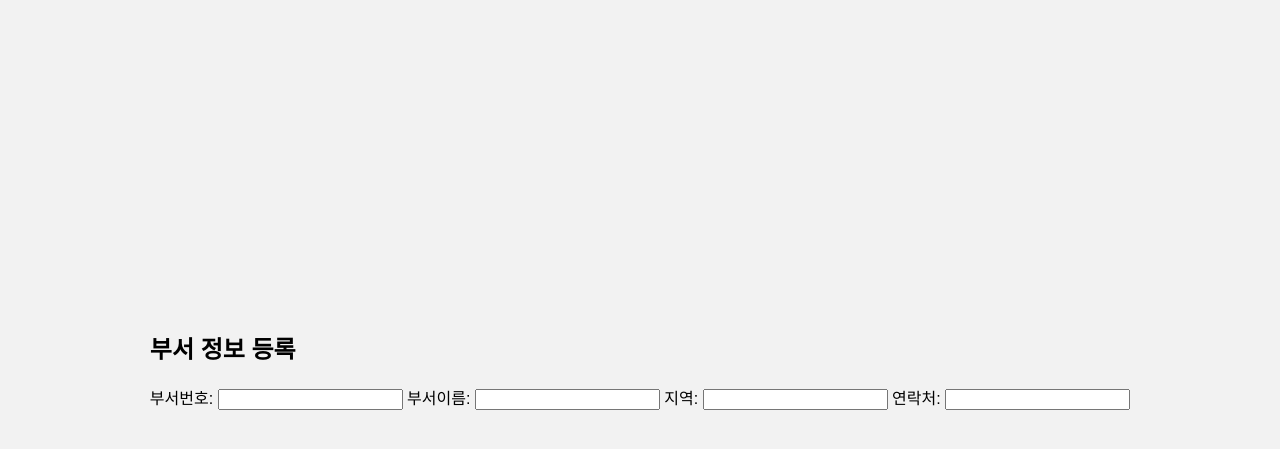
Repository: heyJSH/Study_java_web_sol
Page: http://localhost/jspweb_08/depform.jsp
These files come from the project's save history. The page is drawn as it stood at one moment and after the next save; the edit follows.
The browser window is 1280 px wide. The pictures show the whole page.
The page is served by Tomcat 9. Other server files are loaded and not shown.

Above is the page before, as saved 2024-01-12 04:24:54.

### workspace_stsb/jspweb_08/src/main/webapp/depform.jsp
<!-- 서버에서 부서 정보를 입력/전송하는 JSP -->
<%@ page language="java" contentType="text/html; charset=UTF-8"
    pageEncoding="UTF-8"%>
<!DOCTYPE html>
<html>
<head>
<meta charset="UTF-8">
<title>Insert title here</title>

<!-- 작성한 폼에 스타일 적용 -->
<style>
	body {
		font-family: Arial, sans-serif;
		background-color: #f2f2f2;
		margin: 0;
        padding: 0;
        display: flex;
        justify-content: center;
        align-items: center;
        height: 100vh;
	}

</style>
</head>

<body>
<!-- JS -->
<script src="js/jquery-3.7.1.min.js"></script>
<!-- 직원 정보 등록할 폼 작성 -->
<div class="department-form">
	<h2>부서 정보 등록</h2>
	<form action="departmentForm">
		<label for="depid">부서번호:</label>
		<input type="text" id="depid" name="depid" required>

		<label for="name">부서이름:</label>
		<input type="text" id="name" name="name" required>

		<label for="location">지역:</label>
		<input type="text" id="location" name="location" required>

		<label for="contact">연락처:</label>
		<input type="text" id="contact" name="contact" required>
	</form>
</div>
</body>
</html>

Loaded but not shown: workspace_stsb/jspweb_08/src/main/webapp/js/jquery-3.7.1.min.js (library)

After the next save:
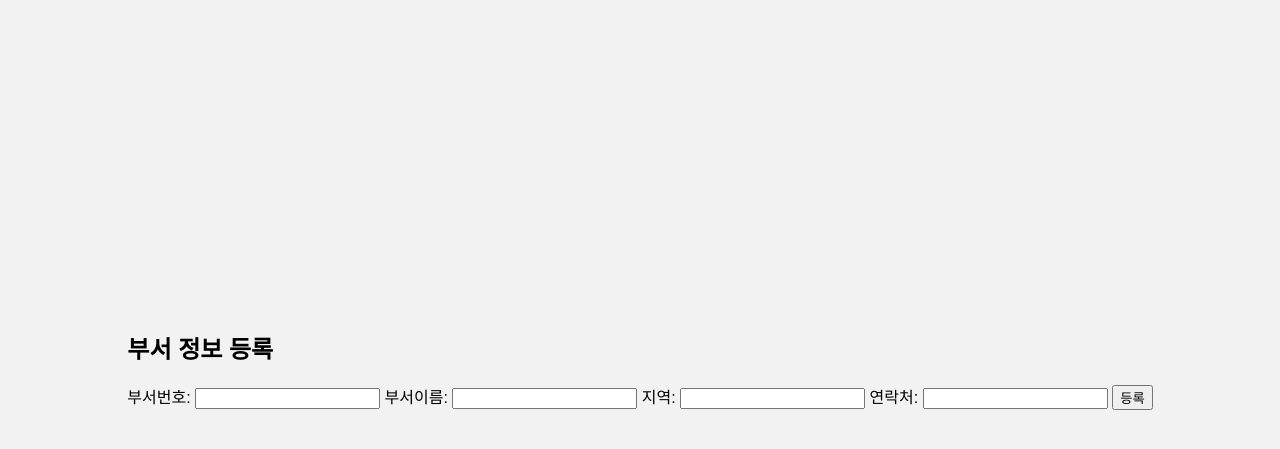
Saved 16 s later.
--- a/workspace_stsb/jspweb_08/src/main/webapp/depform.jsp
+++ b/workspace_stsb/jspweb_08/src/main/webapp/depform.jsp
@@ -41,6 +41,8 @@
 
 		<label for="contact">연락처:</label>
 		<input type="text" id="contact" name="contact" required>
+
+		<button type="submit">등록</button>
 	</form>
 </div>
 </body>
